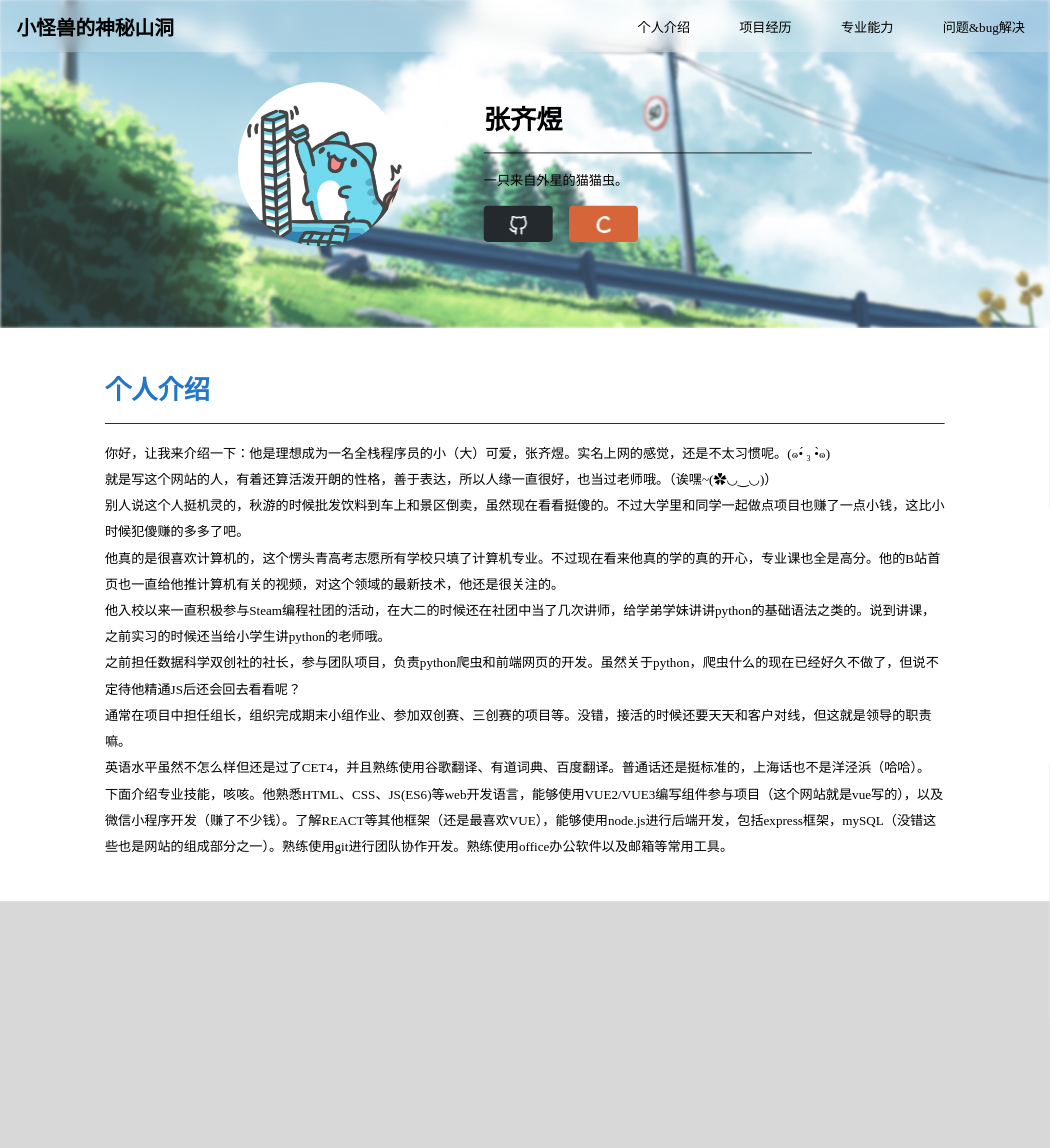
Repository: TheBiggestFatCat/myblog-frontend
Page: /
An editor plug-in stored every save of this project. The page is shown before and after the next save, followed by the edit.
The browser window is 1280 px wide. The pictures show the whole page, at 82% of full size.
The project was rebuilt for these pictures with package versions that can differ from the ones it lists, and the page was loaded fresh each time. Also part of the build but not shown: vite.config.ts.

Above is the page before, as saved 2023-02-26 11:28:45.

### src/style.css
* {
  margin: 0;
  box-sizing: border-box;
  padding: 0;
}

/* :root {
  font-family: Inter, system-ui, Avenir, Helvetica, Arial, sans-serif;
  line-height: 1.5;
  font-weight: 400;

  color-scheme: light dark;
  color: rgba(255, 255, 255, 0.87);
  background-color: #242424;

  font-synthesis: none;
  text-rendering: optimizeLegibility;
  -webkit-font-smoothing: antialiased;
  -moz-osx-font-smoothing: grayscale;
  -webkit-text-size-adjust: 100%;
}

a {
  font-weight: 500;
  color: #646cff;
  text-decoration: inherit;
}
a:hover {
  color: #535bf2;
}

body {
  margin: 0;
  display: flex;
  place-items: center;
  min-width: 320px;
  min-height: 100vh;
}

h1 {
  font-size: 3.2em;
  line-height: 1.1;
}

button {
  border-radius: 8px;
  border: 1px solid transparent;
  padding: 0.6em 1.2em;
  font-size: 1em;
  font-weight: 500;
  font-family: inherit;
  background-color: #1a1a1a;
  cursor: pointer;
  transition: border-color 0.25s;
}
button:hover {
  border-color: #646cff;
}
button:focus,
button:focus-visible {
  outline: 4px auto -webkit-focus-ring-color;
}

.card {
  padding: 2em;
}

#app {
  max-width: 1280px;
  margin: 0 auto;
  padding: 2rem;
  text-align: center;
}

@media (prefers-color-scheme: light) {
  :root {
    color: #213547;
    background-color: #ffffff;
  }
  a:hover {
    color: #747bff;
  }
  button {
    background-color: #f9f9f9;
  }
} */

### src/App.vue
<script setup lang="ts">
import Home from './components/Home/Home.vue';
</script>

<template>
  <Home/>
</template>

<style scoped>
</style>

### src/components/Home/Home.vue
<template>
  <div class="home">
    <!-- 导航栏 -->
    <Navigation></Navigation>

    <!-- 头部 -->
    <div class="home-top">
      <div class="avatar">
        <img :src="avatar" alt="Image">
      </div>
      <div class="avatar-right">
        <h2>{{ name }}</h2>
        <div class="border"></div>
        <p v-for="i in introduction" :key="i">{{ i }}</p>
        <a href="https://github.com/" target="_blank">
          <button><img src="@/assets/icons/github.svg" style="position: relative; top: 4px;" alt=""></button>
        </a>
        <a href="https://blog.csdn.net/" target="_blank">
          <button><img src="@/assets/icons/csdn.svg" style="position: relative; top: 2px; width: 24px" alt=""></button>
        </a>
      </div>
    </div>

    <!-- 头部以下 -->
    <div class="home-body">
      <div class="personal">
        <h3>个人介绍</h3>
        <div class="border"></div>
        <p v-for="i in personalText">{{ i }}</p>
      </div>
    </div>
  </div>
</template>

<script lang='ts' setup>
import Navigation from './Navigation.vue';
import { ref } from 'vue'

// 头像
const avatar = ref('src/assets/pics/avatar.jpg')

// 姓名
const name = '张齐煜'

// 顶部介绍，允许多行
const introduction = [
  '一只来自外星的猫猫虫。',
]

// 头部以下

// 个人介绍
const personalText = [
  '你好，让我来介绍一下：他是理想成为一名全栈程序员的小（大）可爱，张齐煜。实名上网的感觉，还是不太习惯呢。(๑•́ ₃ •̀๑)',
  '就是写这个网站的人，有着还算活泼开朗的性格，善于表达，所以人缘一直很好，也当过老师哦。（诶嘿~(✿◡‿◡)）',
  '别人说这个人挺机灵的，秋游的时候批发饮料到车上和景区倒卖，虽然现在看看挺傻的。不过大学里和同学一起做点项目也赚了一点小钱，这比小时候犯傻赚的多多了吧。',
  '他真的是很喜欢计算机的，这个愣头青高考志愿所有学校只填了计算机专业。不过现在看来他真的学的真的开心，专业课也全是高分。他的B站首页也一直给他推计算机有关的视频，对这个领域的最新技术，他还是很关注的。',
  '',
  '他入校以来一直积极参与Steam编程社团的活动，在大二的时候还在社团中当了几次讲师，给学弟学妹讲讲python的基础语法之类的。说到讲课，之前实习的时候还当给小学生讲python的老师哦。',
  '之前担任数据科学双创社的社长，参与团队项目，负责python爬虫和前端网页的开发。虽然关于python，爬虫什么的现在已经好久不做了，但说不定待他精通JS后还会回去看看呢？',
  '通常在项目中担任组长，组织完成期末小组作业、参加双创赛、三创赛的项目等。没错，接活的时候还要天天和客户对线，但这就是领导的职责嘛。',
  '英语水平虽然不怎么样但还是过了CET4，并且熟练使用谷歌翻译、有道词典、百度翻译。普通话还是挺标准的，上海话也不是洋泾浜（哈哈）。',
  '下面介绍专业技能，咳咳。他熟悉HTML、CSS、JS(ES6)等web开发语言，能够使用VUE2/VUE3编写组件参与项目（这个网站就是vue写的），以及微信小程序开发（赚了不少钱）。了解REACT等其他框架（还是最喜欢VUE），能够使用node.js进行后端开发，包括express框架，mySQL（没错这些也是网站的组成部分之一）。熟练使用git进行团队协作开发。熟练使用office办公软件以及邮箱等常用工具。'
]

</script>

<style lang="less" scoped>
.home-top {
  width: 100vw;
  height: 400px;
  align-items: center;
  display: flex;
  flex-flow: row nowrap;
  justify-content: center;

  .avatar {
    width: 300px;
    height: 200px;
    padding-right: 60px;

    img {
      width: 200px;
      height: 200px;
      border-radius: 50%;
    }
  }

  .avatar-right {
    width: 400px;
    height: 160px;

    h2 {
      font-size: 32px;
    }

    .border {
      margin: 20px 0 20px 0;
      width: 100%;
      border-top: 1px solid #000;
    }

    p {
      margin-bottom: 20px;
    }

    // github按钮
    a:nth-of-type(1) button {
      background-color: #24292e;
      color: #fff;
      padding: 8px 30px;
      border: none;
      border-radius: 5px;
      font-size: 16px;
      cursor: pointer;
      transition: all .2s;
    }

    a:nth-of-type(1) button:hover {
      background-color: #3e4147;
    }

    // csdn按钮
    a:nth-of-type(2) button{
      background-color: #d66639;
      color: #fff;
      padding: 8px 30px;
      border: none;
      border-radius: 5px;
      font-size: 16px;
      cursor: pointer;
      transition: all .2s;
      margin-left: 20px;
    }

    a:nth-of-type(2) button:hover {
      background-color: #d87d59;
    }
  }
}

.home-top::before {
  content: "";
  position: absolute;
  top: 0;
  left: 0;
  width: 100vw;
  height: 400px;
  // width: 100%;
  // height: 100%;
  background-image: url(@/assets/pics/home3.jpg);
  background-position: 0 -400px;
  background-size: cover;
  filter: blur(2px);
  /* 设置模糊半径 */
  opacity: 0.85;
  /* 设置不透明度 */
  z-index: -1;
  /* 将遮罩层放在最底层 */
}

.home-body {
  height: 1000px;
  background-color: #d8d8d8;

  .personal {
    background-color: #fff;
    padding: 50px 10vw 50px 10vw;
    h3 {
      font-size: 32px;
      color: #2376c8;
    }
    .border {
      width: 100%;
      margin: 20px 0 20px 0;
      border-top: 1px solid #000;
    }
    p {
      line-height: 200%;
    }
  }


}
</style>

### src/components/Home/Navigation.vue
<template>
  <nav :class="{'bg-white': !isTop, 'bg-blur': isTop}">
      <div class="logo">小怪兽的神秘山洞</div>
        <div class="ui">
          <div>个人介绍</div>
          <div>项目经历</div>
          <div>专业能力</div>
          <div>问题&bug解决</div>
        </div>
  </nav>
</template>

<script lang="ts">
import { onMounted, onUnmounted, ref } from 'vue'

export default {
  name: 'Navigation',

  setup() {
    const isTop = ref(true)

    const handleScroll = () => {
      isTop.value = window.pageYOffset === 0
    }

    onMounted(() => {
      window.addEventListener('scroll', handleScroll)
    })

    onUnmounted(() => {
      window.removeEventListener('scroll', handleScroll)
    })

    return { isTop }
  }
}
</script>

<style lang="less" scoped>
nav {
  position: fixed;
  height: 64px;
  top: 0;
  left: 0;
  right: 0;
  padding: 0 20px 0 20px;
  transition: background-color 0.3s ease-in-out;
  display: flex;
  justify-content: space-between;
  align-items: center;
}


.logo {
  font-weight: bold;
  font-size: 24px;
}

.ui {
  display: flex;
  list-style: none;
  margin: 0;
  padding: 0;
  height: 100%;
  div {
    position: relative;
    display: flex;
    padding: 0 10px 0 10px;
    align-items: center;
    margin-left: 40px;
    height: 100%;
    cursor: pointer;
  }

  div::before {
    content: "";
    position: absolute;
    top: 0;
    left: 0;
    right: 0;
    bottom: 0;
    opacity: 0;
    background-color: rgba(0, 0, 0, 0.5); /* 半透明的灰色背景 */
    transition: opacity 0.3s ease;
  }

  div:hover::before {
  opacity: 0.3;
}
}



.bg-white {
  background-color: white;
}

.bg-blur {
  background-color: rgba(255, 255, 255, 0.198);
  backdrop-filter: blur(10px);
}
</style>

Loaded but not shown: index.html (common file); src/main.ts (common file)

After the next save:
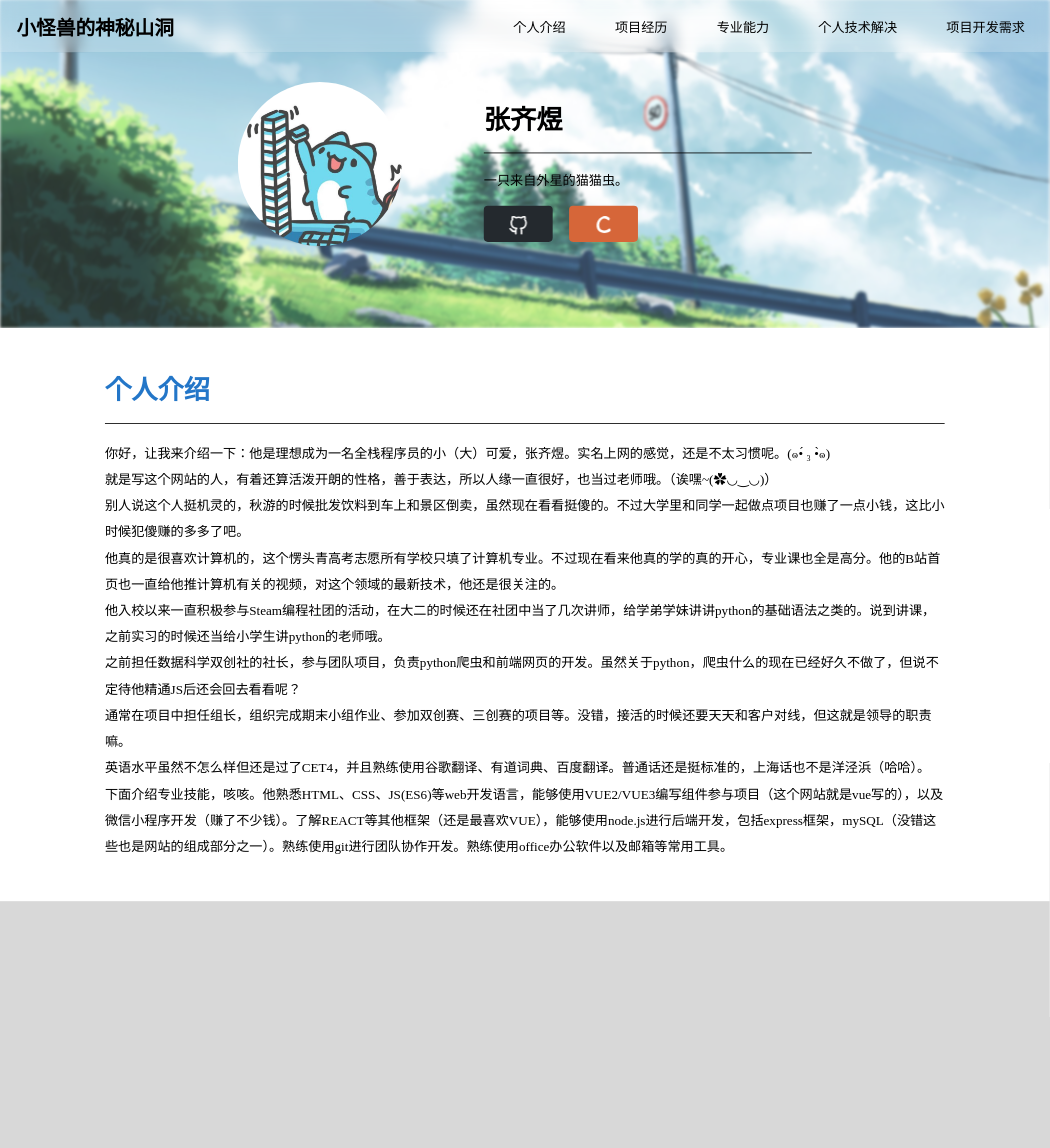
Saved 84 s later.
--- a/src/components/Home/Navigation.vue
+++ b/src/components/Home/Navigation.vue
@@ -5,7 +5,8 @@
           <div>个人介绍</div>
           <div>项目经历</div>
           <div>专业能力</div>
-          <div>问题&bug解决</div>
+          <div>个人技术解决</div>
+          <div>项目开发需求</div>
         </div>
   </nav>
 </template>
